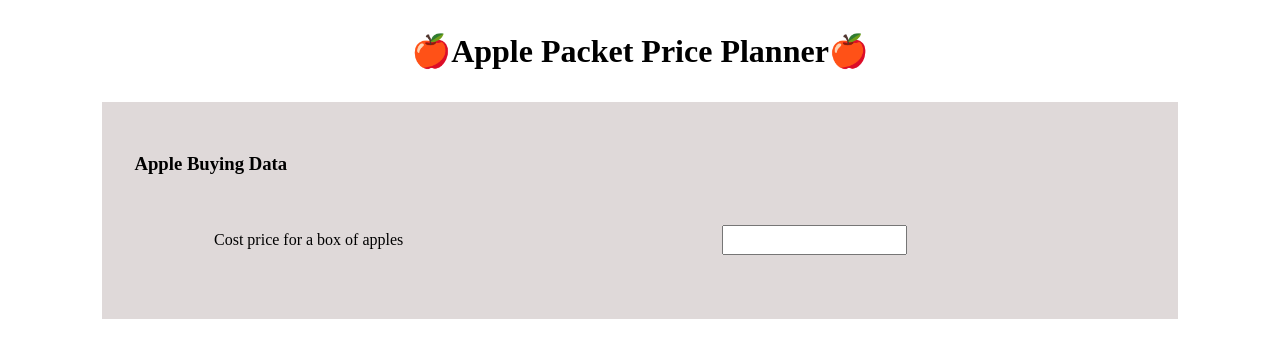
Repository: lasity34/apple-packet-price-planner
Page: index.html
An editor plug-in stored every save of this project. The page is shown before and after the next save, followed by the edit.
The browser window is 1280 px wide. The pictures show the whole page.

Above is the page before, as saved 2023-05-29 09:33:19.

After the next save:
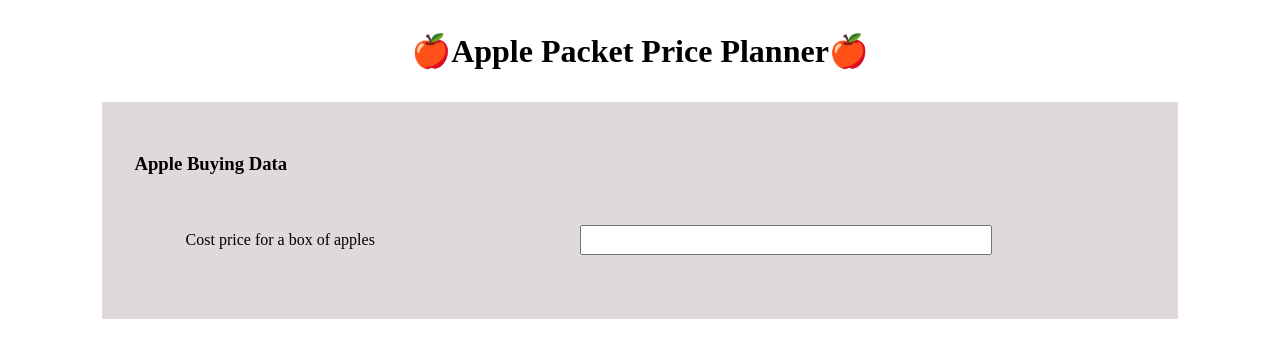
Saved 3 min 29 s later.
--- a/style.css
+++ b/style.css
@@ -18,8 +18,11 @@ main {
 .input_container {
     display: flex;
     justify-content: space-around;
+    height: 30px;
+}
 
-    height: 30px;
+.input_container input {
+    width: 40%;
 }
 
 .input_container label {
